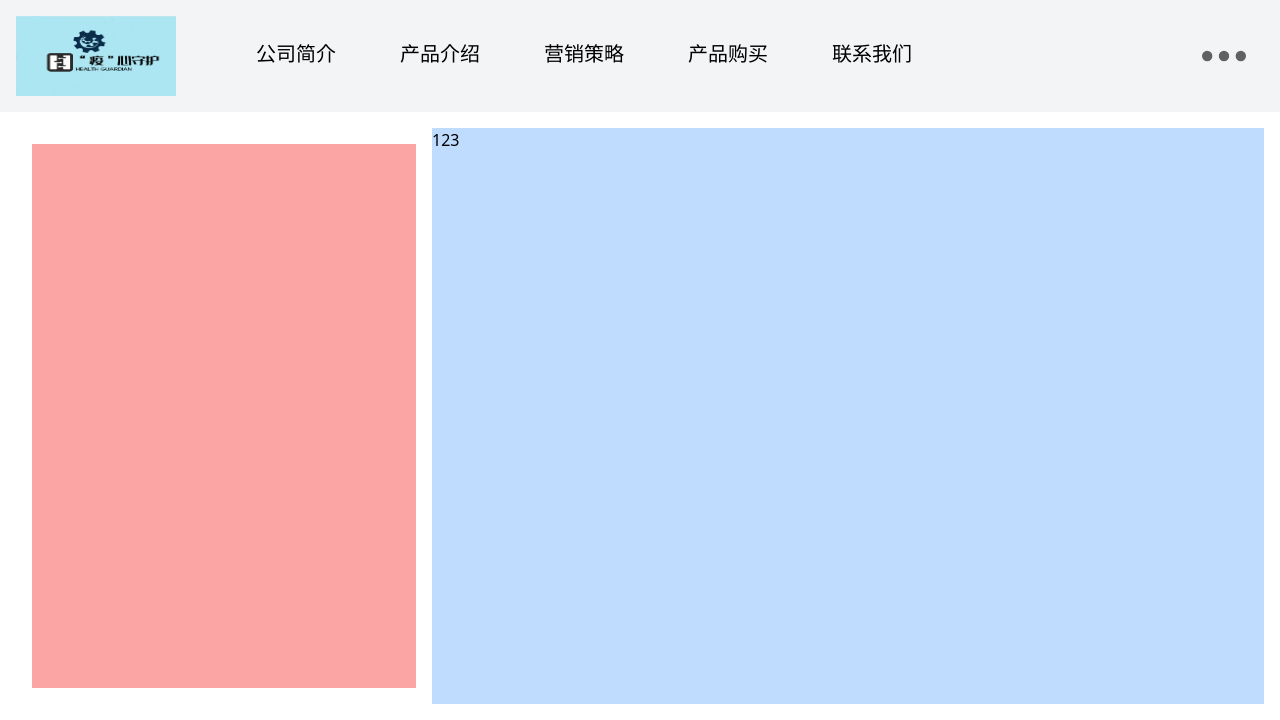
Repository: LiuRuohui/company_introduction
Page: /#/introduction
The author's editor kept a copy of each file at every save. The page is drawn from the files as they stood at one save, then again after the next save.
The browser window is 1280 px wide. The pictures show the whole page.
The project was rebuilt for these pictures with package versions that can differ from the ones it lists, and the page was loaded fresh each time. Also part of the build but not shown: vite.config.js, src/components/product.vue, src/components/purchase.vue, src/components/strategy.vue, src/components/contact.vue, src/components/public.vue.

Above is the page before, as saved 2022-05-09 23:30:45.

### index.html
<!DOCTYPE html>
<html lang="en">
  <head>
    <meta charset="UTF-8" />
    <link rel="icon" href="/favicon.ico" />
    <meta name="viewport" content="width=device-width, initial-scale=1.0" />
    <title>COMPANY_INTRODUCTION</title>
  </head>
  <body>
    <div id="app"></div>
    <script type="module" src="/src/main.js"></script>
  </body>
</html>

### src/main.js
import { createApp } from 'vue'
import "./index.css";
//引入路由器
import router from '../src/router/route.js'

import App from './App.vue'

const app = createApp(App);
app.use(router);
app.mount('#app');

### src/index.css
/* ./src/index.css */

@tailwind base;
@tailwind components;
.inputFrame {
  @apply w-full content-center text-base px-4 py-2 border-b rounded-2xl border-gray-300;
}

.inputFrame:focus {
  @apply outline-none border-indigo-500;
}

.btn {
  @apply w-full flex justify-center bg-gradient-to-r from-indigo-500 to-blue-600 text-gray-100 p-4 rounded-full tracking-wide font-semibold shadow-lg cursor-pointer transition ease-in duration-500;
}

.btn:hover {
  @apply bg-gradient-to-l from-blue-500 to-indigo-600;
}

.label {
  @apply ml-3 text-sm font-bold text-gray-700 tracking-wide;
}

@tailwind utilities;

### src/router/route.js
import { createRouter, createWebHashHistory } from "vue-router";
//引入组件
import Introduction from "../components/introduction.vue"
import Product from "../components/product.vue"
import Purchase from "../components/purchase.vue"
import Strategy from "../components/strategy.vue"
import Contact from "../components/contact.vue"

const route = [
    {
        path:'/introduction',
        component:Introduction
    },
    {
        path:'/product',
        component:Product
    },
    {
        path:'/strategy',
        component:Strategy
    },
    {
        path:'/purchase',
        component:Purchase
    },
    {
        path:'/contact',
        component:Contact
    },
]

// 创建路由对象
const router = createRouter({
    history: createWebHashHistory(),
    routes: route
  });


export default router

### src/App.vue
<script setup>
import Public from './components/public.vue';
import MainPage from './components/mainPage.vue';
// This starter template is using Vue 3 <script setup> SFCs
// Check out https://vuejs.org/api/sfc-script-setup.html#script-setup

</script>

<template>
<MainPage></MainPage>
</template>

<style>

</style>

### src/components/introduction.vue
<script setup>

</script>

<template>
<div class="w-full m-4 flex flex-row">
    <div class="flex h-full w-1/3">
        <div class="m-4 bg-red-300 w-full">

        </div>
    </div>
    <div class="flex flex-grow bg-blue-200">
123
    </div>
</div>
</template>

### src/components/mainPage.vue
<script setup></script>

<template>
    <div class="max-h-full min-h-screen w-full flex flex-col bg-white">
        <div class="w-full h-28 flex flex-row bg-gray-100">
            <div class="h-full">
                <img
                    src="/src/assets/logo.png"
                    alt="公司图标"
                    class="h-20 m-4 w-40"
                />
            </div>
            <div class="flex font-sans text-xl ml-8">
                <router-link
                    active-class="active"
                    to="/introduction"
                    class="px-8 pt-10 hover:cursor-pointer hover:bg-blue-300"
                    >公司简介</router-link
                >
                <router-link
                    active-class="active"
                    to="/product"
                    class="px-8 pt-10 hover:cursor-pointer hover:bg-blue-300"
                    >产品介绍</router-link
                >
                <router-link
                    active-class="active"
                    to="/strategy"
                    class="px-8 pt-10 hover:cursor-pointer hover:bg-blue-300"
                    >营销策略</router-link
                >
                <router-link
                    active-class="active"
                    to="/purchase"
                    class="px-8 pt-10 hover:cursor-pointer hover:bg-blue-300"
                    >产品购买</router-link
                >
                <router-link
                    active-class="active"
                    to="/contact"
                    class="px-8 pt-10 hover:cursor-pointer hover:bg-blue-300"
                    >联系我们</router-link
                >
            </div>
            <div class="flex flex-grow flex-row-reverse">
                <img
                    src="/src/assets/more.svg"
                    alt="更多"
                    class="w-16 h-16 opacity-60 mt-6 mr-6 hover:cursor-pointer"
                />
            </div>
        </div>
        <div class="w-full flex flex-grow">
            <router-view></router-view>
        </div>
    </div>
</template>

<style></style>

### tailwind.config.js
module.exports = {
  content: [
      "./index.html",
      "./src/**/*.{vue,js,ts,jsx,tsx}",
  ],
  theme: {
      extend: {},
  },
  plugins: [],
}

After the next save:
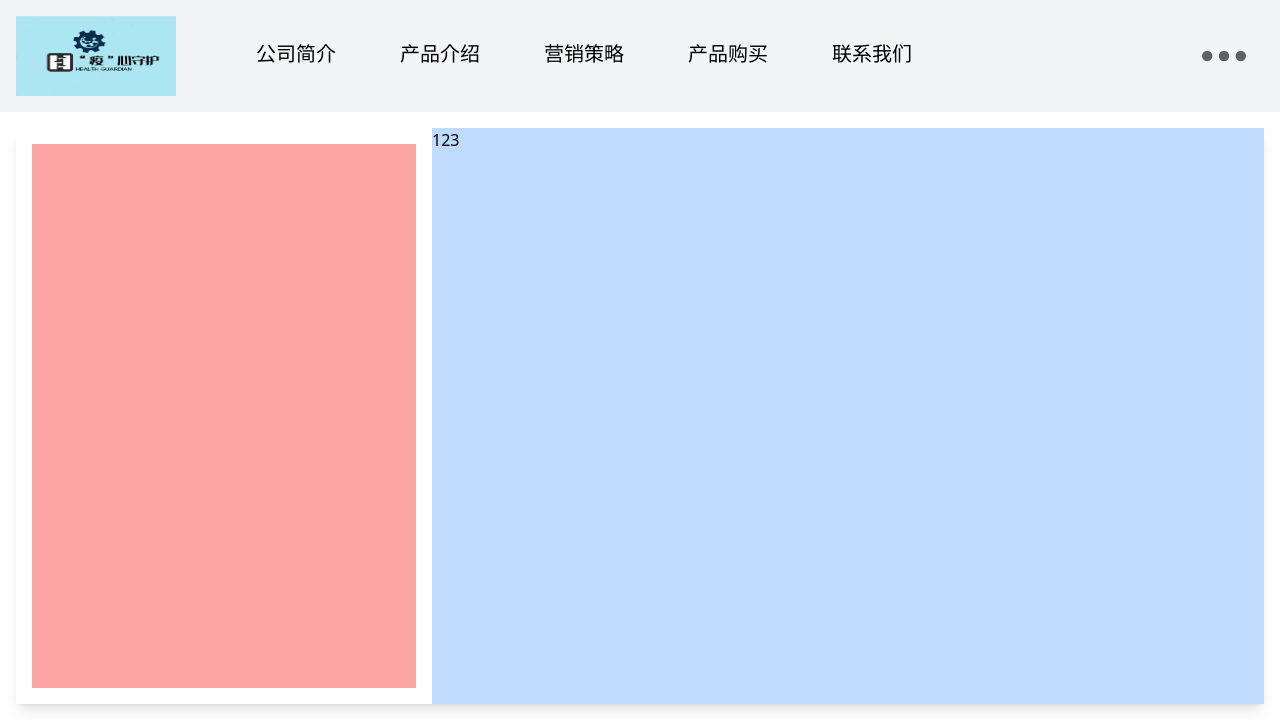
Saved 13 s later.
--- a/src/components/introduction.vue
+++ b/src/components/introduction.vue
@@ -3,7 +3,7 @@
 </script>
 
 <template>
-<div class="w-full m-4 flex flex-row">
+<div class="w-full m-4 flex flex-row shadow-lg">
     <div class="flex h-full w-1/3">
         <div class="m-4 bg-red-300 w-full">
 
